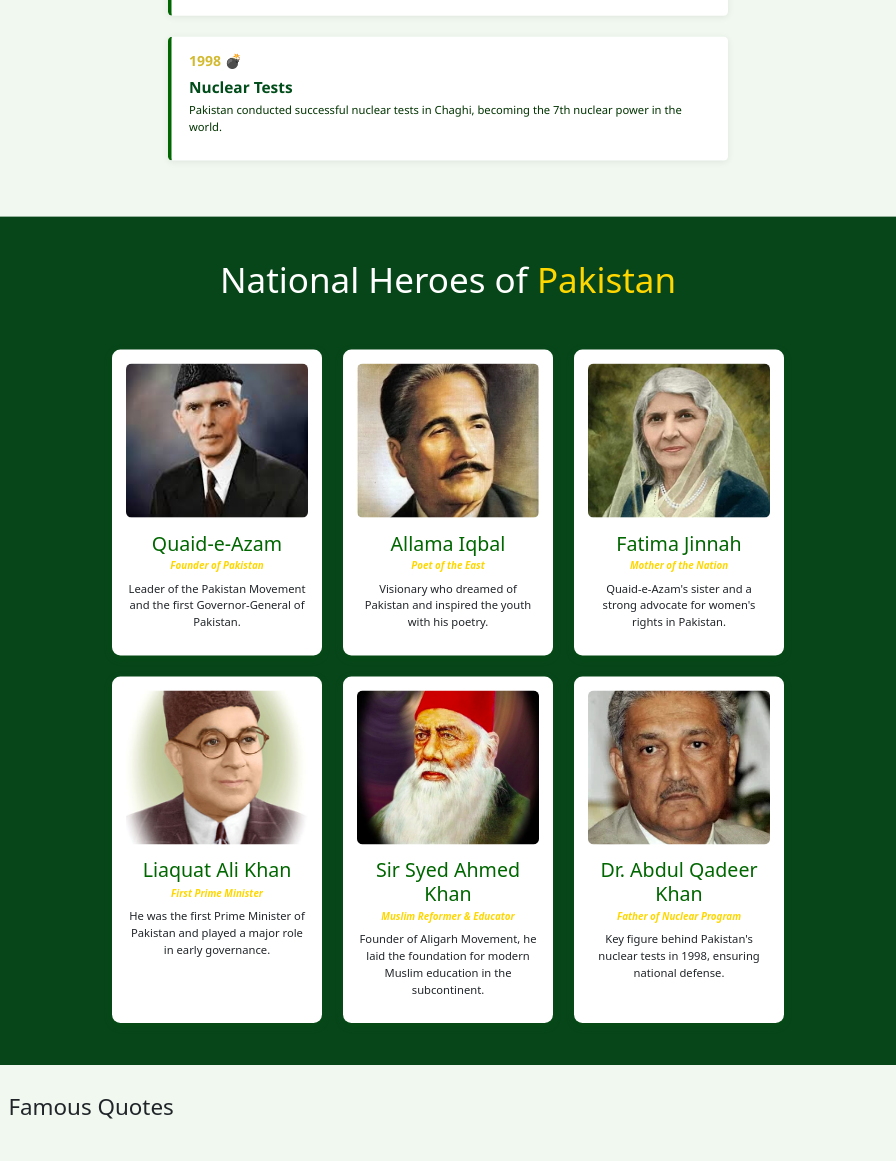
Repository: memonmuhammadali98/Pakistan-Independence-Day
Page: index.html
These files come from the project's save history. The page is drawn as it stood at one moment and after the next save; the edit follows.
The browser window is 1280 px wide. The pictures show the part of the page from y = 2709 to 4629 px (the page is 4367 px tall before and 4629 px after), at 70% of full size.
Pictures or frames that could not be fetched are drawn as grey boxes.

Above is the page before, as saved 2025-08-08 17:29:31.
Console error: SyntaxError: Unexpected token '<'

### index.html
<!DOCTYPE html>
<html lang="en">

<head>
  <meta charset="UTF-8">
  <meta name="viewport" content="width=device-width, initial-scale=1.0">
  <title>Independence Day</title>
  <!-- External CSS -->
  <link rel="stylesheet" href="./style.css">
  <!-- Bootstrap CDN -->
  <link href="https://cdn.jsdelivr.net/npm/bootstrap@5.3.7/dist/css/bootstrap.min.css" rel="stylesheet"
    integrity="sha384-LN+7fdVzj6u52u30Kp6M/trliBMCMKTyK833zpbD+pXdCLuTusPj697FH4R/5mcr" crossorigin="anonymous">
  <script src="https://cdn.jsdelivr.net/npm/bootstrap@5.3.7/dist/js/bootstrap.bundle.min.js"
    integrity="sha384-ndDqU0Gzau9qJ1lfW4pNLlhNTkCfHzAVBReH9diLvGRem5+R9g2FzA8ZGN954O5Q"
    crossorigin="anonymous"></script>
</head>

<body>
  <!-- Navbar Starts -->
  <nav class="navbar navbar-expand-lg navbar">
    <div class="container-fluid">
      <a class="navbar-brand" href="#">
        <img src="./Assets/logo-removebg-preview (1).png" alt="Logo" width="70px" height="50px">
      </a>
      <button class="navbar-toggler" type="button" data-bs-toggle="collapse" data-bs-target="#navbarSupportedContent"
        aria-controls="navbarSupportedContent" aria-expanded="false" aria-label="Toggle navigation">
        <span class="navbar-toggler-icon"></span>
      </button>
      <div class="collapse navbar-collapse" id="navbarSupportedContent">
        <ul class="navbar-nav me-auto ms-auto gap-5 mb-2 mb-lg-0 f-s-5">
          <li class="nav-item">
            <a class="nav-link active" aria-current="page" href="#">Home</a>
          </li>
          <li class="nav-item">
            <a class="nav-link active" href="#">About</a>
          </li>
          <li class="nav-item">
            <a class="nav-link active" aria-disabled="true">History</a>
          </li>
          <li class="nav-item">
            <a class="nav-link active" aria-disabled="true">Gallery</a>
          </li>
          <li class="nav-item">
            <a class="nav-link active" aria-disabled="true">Stories</a>
          </li>
        </ul>
        <form class="d-flex" role="search">
          <button class="btn" type="submit">Search</button>
        </form>
      </div>
    </div>
  </nav>
  <!-- Navbar Ends -->

  <!-- Hero Section Starts -->
  <!-- <section class="hero-section">
    <h1>Countdown to 14th August</h1>
    <div id="countdown"></div>
    <div id="message"></div>

    <div id="fireworks" class="firework-container" style="display: none;">
    <div class="firework"></div>
    <div class="firework"></div>
    <div class="firework"></div>
  </div>

  <div id="baaja-left" class="baaja">
    <img src="./Assets/Baja.png" alt="Baaja" width="300px">
  </div>
  <div id="baaja-right" class="baaja">
    <img src="./Assets/Baja-right.png" alt="Baja" width="300px">
  </div>

  </section> -->
  <!-- Hero Section Ends -->


  <!-- About Section Starts -->
  <!-- <section class="about-section">
    <div class="container">
    <h2>About Independence Day</h2>
    <p>
      Every year on <strong>14th August</strong>, Pakistan celebrates its Independence Day with great pride and honor.
      It marks the day when Pakistan became a sovereign nation in <strong> 1947</strong>. The day is a symbol of freedom, sacrifices, and the efforts of our leaders and ancestors who made this country possible.
    </p>
    <p>
      We celebrate with parades, flags, lights, and unity reminding ourselves of the values of peace, hard work, and patriotism.
    </p>
  </div>
   </section> -->


  <!-- HERO SECTION STARTS -->
  <section class="hero-section">
    <div class="hero-text">
      <h1>Celebrating Freedom Honoring <span style="color: gold;">Sacrifice</span></h1>
      <p>On this 14th August, let's remember the heroes who gave us independence and strive for a better Pakistan.</p>
      <button>Explore Our Journey</button>
    </div>
    <div class="hero-img">
      <img src="./Assets/hero-img.png" alt="Hero img" class="hero-img-1">
      <!-- <img src="./Assets/hero-img-2.png" alt="Hero img 2" class="Hero-img-2">
      <img src="./Assets/Hero-img-3.png" alt="Hero img 3" class="Hero-img-3"> -->
    </div>
  </section>
  <!-- HERO SECTION ENDS -->

  <!-- ABOUT SECTION STARTS -->
  <section class="about-section">
    <h2>About <span style="color: gold;">Pakistan</span></h2>
    <div class="about-container">
      <div class="about-img">
        <div class="flag-wrapper">
          <div class="flag">
            <div class="white-part"></div>
            <div class="green-part">
              <div class="crescent"></div>
              <div class="star"></div>
            </div>
          </div>
        </div>
      </div>
      <div class="about-text">
        <p>
          Pakistan is a country rich in history, culture, and natural beauty. From the majestic mountains of the north
          to the vast deserts in the south, it is a land of diversity and tradition. The people of Pakistan are known
          for their hospitality, resilience, and deep-rooted values. With a vision for progress and unity, Pakistan
          continues to grow while honoring its heritage and identity.
        </p>
      </div>
    </div>
  </section>
  <!-- ABOUT SECTION ENDS -->

  <!-- HISTORY SECTION STARTS -->
  <section class="history-section">
    <h2>Pakistan's Historical <span style="color: gold;">Journey</span></h2>
    <div class="timeline">

      <div class="timeline-item">
        <span class="year">1857 🔥</span>
        <h3>First War of Independence</h3>
        <p>The First War of Independence began, igniting the spark for freedom from British rule.</p>
      </div>

      <div class="timeline-item">
        <span class="year">1906 🕌</span>
        <h3>Formation of Muslim League</h3>
        <p>The All-India Muslim League was founded to represent Muslim interests in British India.</p>
      </div>

      <div class="timeline-item">
        <span class="year">1940 📜</span>
        <h3>Lahore Resolution</h3>
        <p>The Pakistan Resolution was passed in Lahore, demanding a separate homeland for Muslims.</p>
      </div>

      <div class="timeline-item">
        <span class="year">1947 🕊️</span>
        <h3>Independence of Pakistan</h3>
        <p>Pakistan gained independence on August 14 under the leadership of Quaid-e-Azam Muhammad Ali Jinnah.</p>
      </div>

      <div class="timeline-item">
        <span class="year">1956 📖</span>
        <h3>First Constitution</h3>
        <p>Pakistan became the Islamic Republic by adopting its first constitution on March 23.</p>
      </div>

      <div class="timeline-item">
        <span class="year">1965 ⚔️</span>
        <h3>Second War with India</h3>
        <p>Pakistan and India fought a war over Kashmir, ending with the Tashkent Agreement.</p>
      </div>

      <div class="timeline-item">
        <span class="year">1971 💔</span>
        <h3>Fall of Dhaka</h3>
        <p>The separation of East Pakistan led to the creation of Bangladesh after civil war.</p>
      </div>

      <div class="timeline-item">
        <span class="year">1973 🏛️</span>
        <h3>New Constitution</h3>
        <p>A new constitution was passed, establishing a parliamentary system in Pakistan.</p>
      </div>

      <div class="timeline-item">
        <span class="year">1998 💣</span>
        <h3>Nuclear Tests</h3>
        <p>Pakistan conducted successful nuclear tests in Chaghi, becoming the 7th nuclear power in the world.</p>
      </div>

    </div>
  </section>
  <!-- HISTORY SECTION ENDS -->

  <!-- NATIONAL HERO SECTION STARTS -->
   <section class="national-hero-section">
  <h2>National Heroes of <span style="color: gold;">Pakistan</span></h2>
  <div class="national-hero-cards">

    <div class="national-hero-card">
      <img src="assets/Quaid-img.jpeg" alt="Quaid-e-Azam">
      <h3>Quaid-e-Azam</h3>
      <p class="title">Founder of Pakistan</p>
      <p>Leader of the Pakistan Movement and the first Governor-General of Pakistan.</p>
    </div>

    <div class="national-hero-card">
      <img src="assets/Allama-Iqbal-img.webp" alt="Allama Iqbal">
      <h3>Allama Iqbal</h3>
      <p class="title">Poet of the East</p>
      <p>Visionary who dreamed of Pakistan and inspired the youth with his poetry.</p>
    </div>

    <div class="national-hero-card">
      <img src="assets/fatima-jinnah.jpg" alt="Fatima Jinnah">
      <h3>Fatima Jinnah</h3>
      <p class="title">Mother of the Nation</p>
      <p>Quaid-e-Azam's sister and a strong advocate for women's rights in Pakistan.</p>
    </div>

    <div class="national-hero-card">
      <img src="assets/Liaquat-Ali-Khan-img.jpg" alt="Allama Iqbal">
      <h3>Liaquat Ali Khan</h3>
      <p class="title">First Prime Minister</p>
      <p>He was the first Prime Minister of Pakistan and played a major role in early governance.</p>
    </div>

    <div class="national-hero-card">
      <img src="assets/Sir-Syed-Ahmed-Khan-img.webp" alt="Allama Iqbal">
      <h3>Sir Syed Ahmed Khan</h3>
      <p class="title">Muslim Reformer & Educator</p>
      <p>Founder of Aligarh Movement, he laid the foundation for modern Muslim education in the subcontinent.</p>
    </div>

    <div class="national-hero-card">
      <img src="assets/Abdul-Qadeer-Khan-img.webp" alt="Dr. Abdul Qadeer Khan">
      <h3>Dr. Abdul Qadeer Khan</h3>
      <p class="title">Father of Nuclear Program</p>
      <p>Key figure behind Pakistan's nuclear tests in 1998, ensuring national defense.</p>
    </div>

  </div>
</section>


<!-- People Section Starts -->
   <div class="people-section container-xxl">
      <h2>Famous Quotes</h2>

  <div id="testimonialCarousel" class="carousel slide" data-bs-ride="carousel">

    <div class="carousel-inner" id="carouselContent"></div>

    <div class="carousel-indicators justify-content-center mt-3" id="carouselIndicators"></div>
  </div>


<div id="allTestimonialCards" class="d-none">

            <div class="testi-card-1">
      <div class="testi-para">
        <p>The secret to hapiness lies in helping others. Never underestimate the difference YOU can make in the lives of the poor, the abused and the hepless.</p>
      </div>
      <div class="testi-intro">
        <img src="./Assets/volunteer-img-1.jpg" alt="pfp" class="testi-pfp">
        <div class="testi-intro-text">
          <h3>Jonathon Smith</h3>
          <span>Marketer</span>
        </div>
      </div>

    </div>


          <div class="testi-card-1">
      <div class="testi-para">
        <p>The secret to hapiness lies in helping others. Never underestimate the difference YOU can make in the lives of the poor, the abused and the hepless.</p>
      </div>
      <div class="testi-intro">
        <img src="./Assets/volunteer-img-2.jpg" alt="pfp" class="testi-pfp">
        <div class="testi-intro-text">
          <h3>Angelina Rose</h3>
          <span>Designer</span>
        </div>
      </div>
     </div>


          <div class="testi-card-1">
      <div class="testi-para">
        <p>The secret to hapiness lies in helping others. Never underestimate the difference YOU can make in the lives of the poor, the abused and the hepless.</p>
      </div>
      <div class="testi-intro">
        <img src="./Assets/volunteer-img-3.jpg" alt="pfp" class="testi-pfp">
        <div class="testi-intro-text">
          <h3>Taylor Swift</h3>
          <span>Developer</span>
        </div>
      </div>
     </div>


          <div class="testi-card-1">
      <div class="testi-para">
        <p>The secret to hapiness lies in helping others. Never underestimate the difference YOU can make in the lives of the poor, the abused and the hepless.</p>
      </div>
      <div class="testi-intro">
        <img src="./Assets/volunteer-img-4.jpg" alt="pfp" class="testi-pfp">
        <div class="testi-intro-text">
          <h3>Michael John</h3>
          <span>Programer</span>
        </div>
      </div>
     </div>
</div>
</div>
 <!-- People Section Ends -->




  <script>
    // Set the target date (14 August of current year OR test with few seconds from now)
    var now = new Date();
    var year = now.getFullYear();

    // For demo/testing: trigger after 5 seconds
    var targetDate = new Date(new Date().getTime() + 5000);

    // Countdown and elements
    var countdown = document.getElementById("countdown");
    var message = document.getElementById("message");
    var leftBaaja = document.getElementById("baaja-left");
    var rightBaaja = document.getElementById("baaja-right");

    var timer = setInterval(function () {
      var currentTime = new Date().getTime();
      var timeLeft = targetDate.getTime() - currentTime;

      if (timeLeft <= 0) {
        clearInterval(timer);
        countdown.innerHTML = "";
        message.innerHTML = "Happy Independence Day Pakistan!";
        message.classList.add("message-animate");

        // Show fireworks and baajas
        document.getElementById("fireworks").style.display = "block";
        leftBaaja.style.display = "block";
        rightBaaja.style.display = "block";

        // Slide in animation
        leftBaaja.classList.add("slideInLeft");
        rightBaaja.classList.add("slideInRight");

        // After sliding, add continuous bounce
        leftBaaja.addEventListener("animationend", function () {
          leftBaaja.classList.add("bounce");
        });

        rightBaaja.addEventListener("animationend", function () {
          rightBaaja.classList.add("bounce");
        });

      } else {
        var days = Math.floor(timeLeft / (1000 * 60 * 60 * 24));
        var hours = Math.floor((timeLeft % (1000 * 60 * 60 * 24)) / (1000 * 60 * 60));
        var minutes = Math.floor((timeLeft % (1000 * 60 * 60)) / (1000 * 60));
        var seconds = Math.floor((timeLeft % (1000 * 60)) / 1000);

        countdown.innerHTML =
          days + "d " + hours + "h " + minutes + "m " + seconds + "s ";
      }
    }, 1000);
  </script>

  <script>
    <!-- Testimonial JS Starts -->
     <script>
function getCardsPerSlide() {
  if (window.innerWidth >= 992) return 3; // large screen
  if (window.innerWidth >= 768) return 2; // medium
  return 1; // small
}

function buildCarousel() {
  const allCards = Array.from(document.querySelectorAll('#allTestimonialCards .testi-card-1'));
  const carouselInner = document.getElementById('carouselContent');
  const indicators = document.getElementById('carouselIndicators');
  const cardsPerSlide = getCardsPerSlide();

  carouselInner.innerHTML = '';
  indicators.innerHTML = '';

  let slides = [];

  if (cardsPerSlide === 3 && allCards.length === 4) {
    // Large screen: avoid solo card
    slides = [
      [0, 1, 2], // Slide 1
      [3, 0, 1]  // Slide 2
    ];
  } else {
    // Normal grouping
    for (let i = 0; i < allCards.length; i += cardsPerSlide) {
      const group = [];
      for (let j = 0; j < cardsPerSlide; j++) {
        const index = i + j;
        if (index < allCards.length) {
          group.push(index);
        }
      }
      slides.push(group);
    }
  }

  slides.forEach((group, slideIndex) => {
    const slide = document.createElement('div');
    slide.classList.add('carousel-item');
    if (slideIndex === 0) slide.classList.add('active');

    const row = document.createElement('div');
    row.classList.add('row', 'g-4' ,'justify-content-center');

    group.forEach(index => {
      const col = document.createElement('div');
      if (cardsPerSlide === 3) {
  col.className = 'col-lg-4';
} else if (cardsPerSlide === 2) {
  col.className = 'col-md-6';
} else {
  col.className = 'col-12 d-flex justify-content-center'; // ✅ fix for small screens
}
      col.appendChild(allCards[index].cloneNode(true));
      row.appendChild(col);
    });

    slide.appendChild(row);
    carouselInner.appendChild(slide);

    const dot = document.createElement('button');
    dot.setAttribute('type', 'button');
    dot.setAttribute('data-bs-target', '#testimonialCarousel');
    dot.setAttribute('data-bs-slide-to', slideIndex);
    dot.setAttribute('aria-label', `Slide ${slideIndex + 1}`);
    if (slideIndex === 0) {
      dot.classList.add('active');
      dot.setAttribute('aria-current', 'true');
    }
    indicators.appendChild(dot);
  });
}

window.addEventListener('DOMContentLoaded', buildCarousel);
window.addEventListener('resize', buildCarousel);
  </script>

</body>

</html>

Loaded but not shown: style.css (675 lines, source omitted)

After the next save:
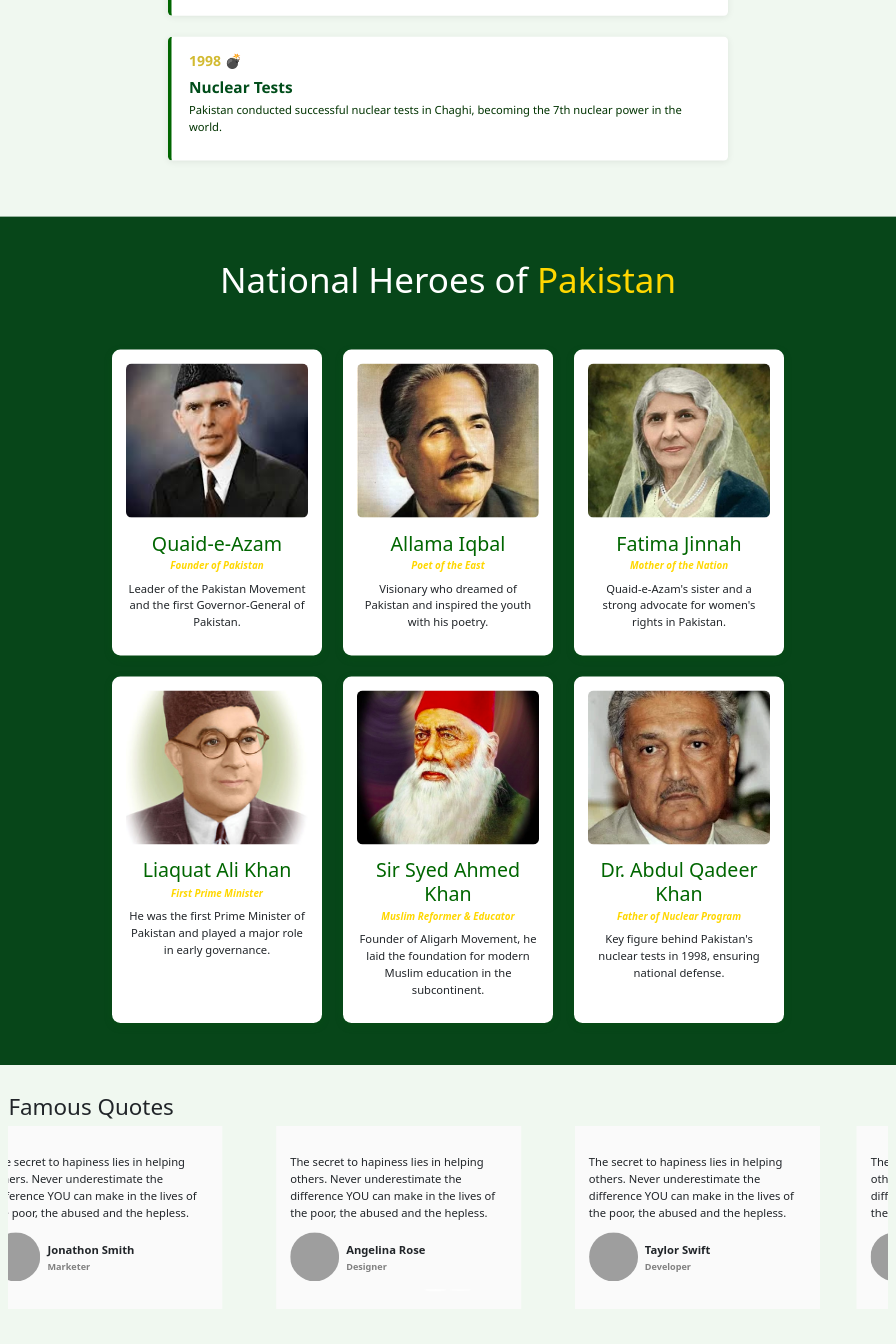
Console error: TypeError: Cannot set properties of null (setting 'innerHTML')
Saved 13 s later.
--- a/index.html
+++ b/index.html
@@ -378,7 +378,6 @@
 
   <script>
     <!-- Testimonial JS Starts -->
-     <script>
 function getCardsPerSlide() {
   if (window.innerWidth >= 992) return 3; // large screen
   if (window.innerWidth >= 768) return 2; // medium
